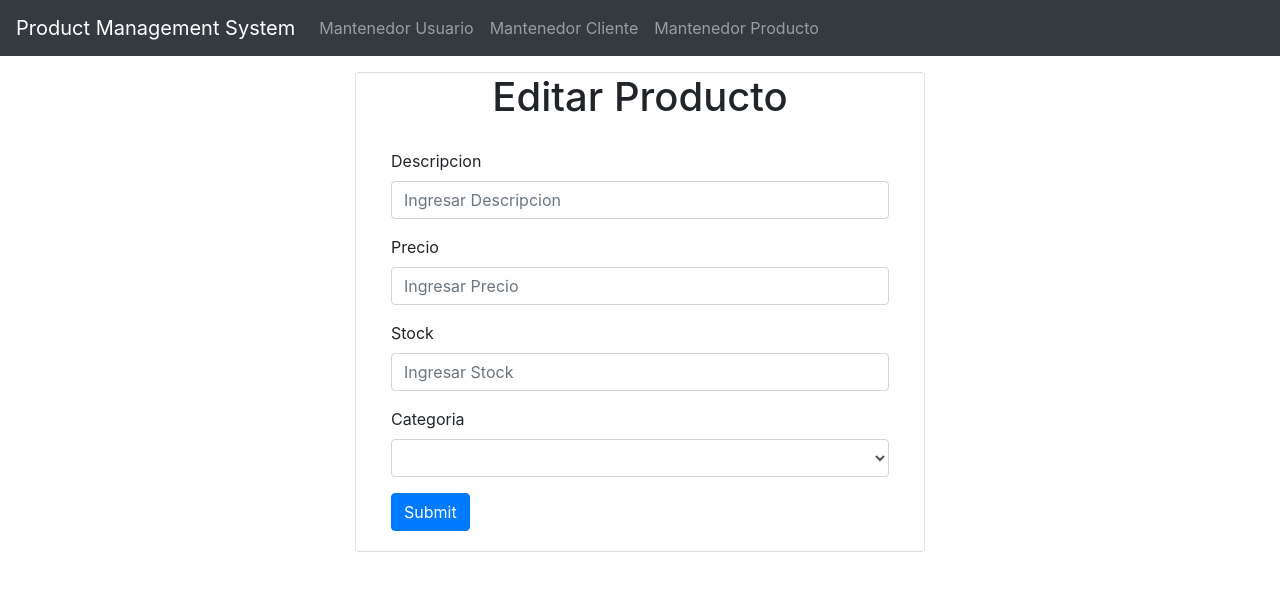
Repository: cartulina68/LP2_Examen2_Rosas
Page: http://localhost/inventario/edit
An editor plug-in stored every save of this project. The page is shown before and after the next save, followed by the edit.
The browser window is 1280 px wide. The pictures show the whole page.
The page is this project's Thymeleaf template; nobody is signed in. The template is opened directly, without the code that normally fills it, so the values that code supplies are empty.

Above is the page before, as saved 2024-10-12 03:14:35.

After the next save:
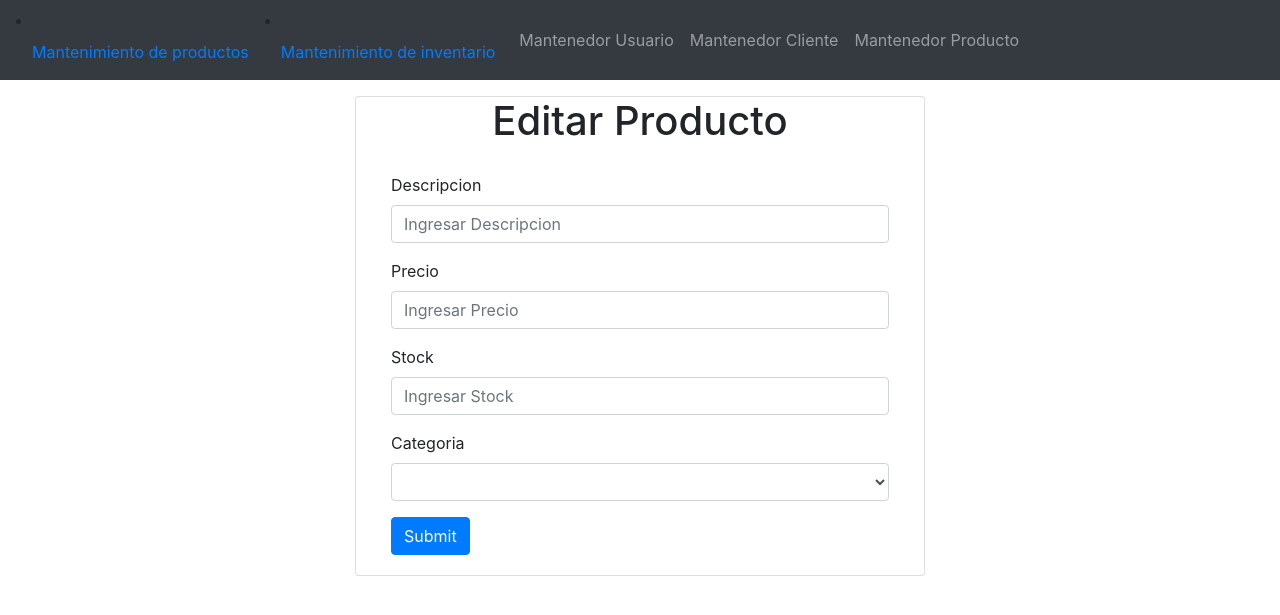
Saved 29 s later.
--- a/Spring/BD_T2_Inventario/src/main/resources/templates/inventario/edit.html
+++ b/Spring/BD_T2_Inventario/src/main/resources/templates/inventario/edit.html
@@ -11,7 +11,8 @@
     <body>
         <nav class="navbar navbar-expand-md bg-dark navbar-dark">
             <!-- Brand -->
-            <a class="navbar-brand" href="#">Product Management System</a>
+            <li class="nav-item"><a class="nav-link" th:href="@{/producto/index}">Mantenimiento de productos</a></li>
+				<li class="nav-item"><a class="nav-link" th:href="@{/inventario/index}">Mantenimiento de inventario</a></li>
 
             <!-- Toggler/Collapse Button -->
             <button class="navbar-toggler" type="button" data-toggle="collapse" data-target="#collapsibleNavbar">
